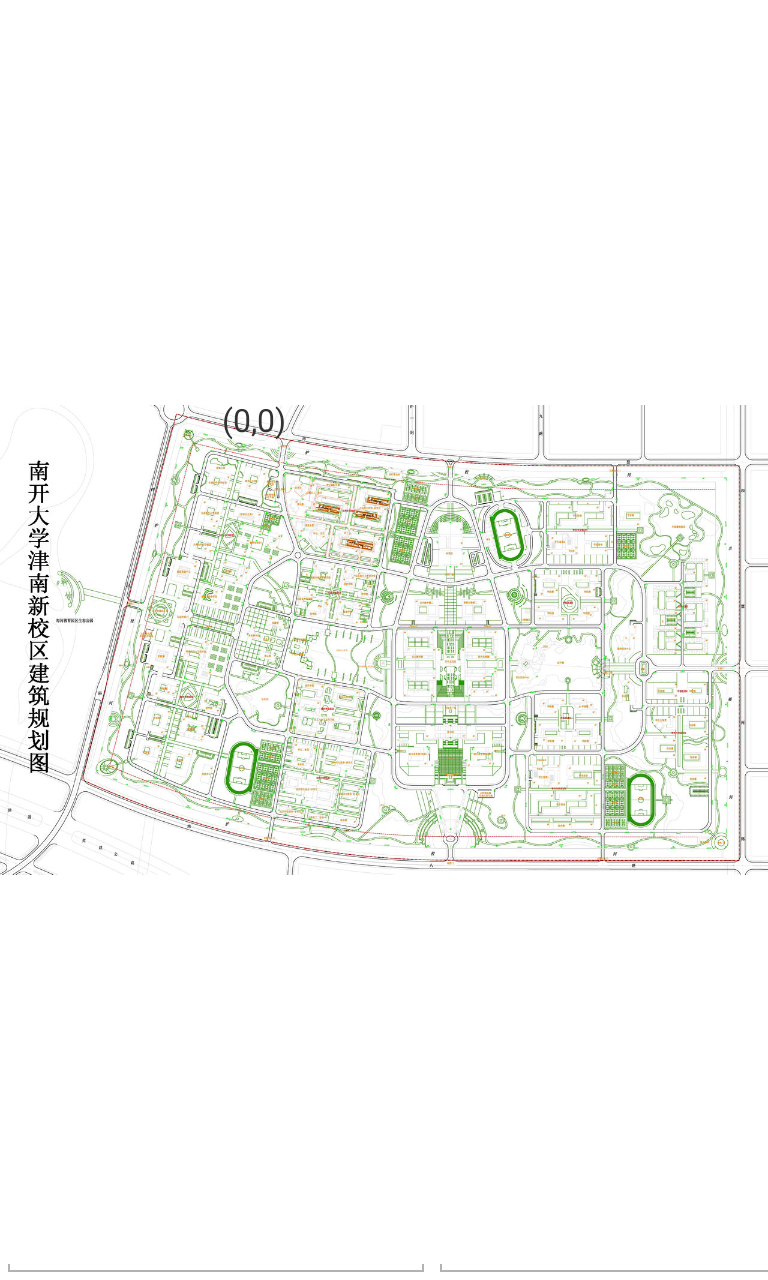
Repository: CovaWang/temporary_embedded
Layout: 7#车联·共享单车/代码/代码/res/layout/compass.xml
The author's editor kept a copy of each file at every save. The layout is drawn from the files as they stood at one save, then again after the next save.
It is drawn on a 768 x 1280 px phone screen (xhdpi) without system bars, with theme AppTheme; the app's code is not run.

Above is the layout before, as saved 2024-04-24 12:34:09.

### 7#车联·共享单车/代码/代码/res/layout/compass.xml
<?xml version="1.0" encoding="utf-8"?>
<RelativeLayout xmlns:android="http://schemas.android.com/apk/res/android"
    android:layout_width="fill_parent"
    android:layout_height="match_parent"
    android:orientation="vertical" >

    <LinearLayout
       	android:layout_width="match_parent"
       	android:layout_height="match_parent"
       	android:orientation="horizontal"
		android:layout_weight="7">
	    <TextView
			android:layout_width="120dp"
			android:layout_height="30dp"
			android:layout_marginTop="0dp"
			android:layout_marginLeft="0dp"
			android:text="停车坐标："
			android:textSize="16dp"
			android:layout_weight="1" />

	    <EditText
	        android:id="@+id/compass_text1"
			android:layout_width="match_parent"
			android:layout_height="match_parent"
			android:gravity="center"
			android:hint="0"
			android:textSize="16sp"
			android:textColor="#8A2BE2"
			android:layout_weight="1" />

	    <EditText
	        android:id="@+id/compass_text2"
			android:layout_width="match_parent"
			android:layout_height="match_parent"
			android:gravity="center"
			android:hint="0"
			android:textSize="16sp"
			android:textColor="#8A2BE2"
			android:layout_weight="1" />

	    <!-- <Button
	        android:id="@+id/compass_Button"
	        android:layout_width="match_parent"
			android:layout_height="match_parent"
			android:gravity="center"
	        android:background="@drawable/map_button"
	        android:layout_weight="1"  /> -->

   </LinearLayout>

    <ImageView
        android:id="@+id/compass_img"
        android:layout_width="match_parent"
        android:layout_height="match_parent"
        android:layout_gravity="center"
        android:src="@drawable/map"
        android:layout_weight="1" />

    <TextView
        android:id="@+id/compass_d"
        android:layout_width="114dp"
        android:layout_height="100dp"
        android:layout_alignParentLeft="true"
        android:layout_alignParentTop="true"
        android:layout_marginLeft="70dp"
        android:layout_marginTop="160dp"
        android:gravity="center"
        android:scaleType="fitCenter"
        android:text="(0,0)"
        android:textSize="16dp" />

</RelativeLayout>

### 7#车联·共享单车/代码/代码/res/values/styles.xml
<resources>

    <!--
        Base application theme, dependent on API level. This theme is replaced
        by AppBaseTheme from res/values-vXX/styles.xml on newer devices.

    -->
    <style name="AppBaseTheme" parent="android:Theme.Light">
        <!--
            Theme customizations available in newer API levels can go in
            res/values-vXX/styles.xml, while customizations related to
            backward-compatibility can go here.

        -->
    </style>

    <!-- Application theme. -->
    <style name="AppTheme" parent="AppBaseTheme">
        <!-- All customizations that are NOT specific to a particular API-level can go here. -->
    </style>
    <!-- 高宽都包裹内容 -->
    <style name="wrapcontent">
        <item name="android:layout_width">wrap_content</item>
        <item name="android:layout_height">wrap_content</item>
    </style>

    <!-- 自定义对话框样式 -->
    <style name="dialog_custom" parent="android:style/Theme.Dialog">
        <item name="android:windowFrame">@null</item>
        <item name="android:windowNoTitle">true</item>
        <item name="android:background">#00000000</item>
        <item name="android:windowBackground">@android:color/transparent</item>
    </style>
    <!-- TextView 16sp样式 -->
    <style name="textview16sp" parent="wrapcontent">
        <item name="android:textSize">16sp</item>
        <item name="android:gravity">center_vertical</item>
    </style>

    <!-- TextView 14sp样式 -->
    <style name="textview12sp" parent="wrapcontent">
        <item name="android:textSize">12sp</item>
        <item name="android:gravity">center_vertical</item>
    </style>
    <!-- TextView 14sp样式 -->
    <style name="textview14sp" parent="wrapcontent">
        <item name="android:textSize">14sp</item>
        <item name="android:gravity">center_vertical</item>
    </style>

    <!-- 宽度为0dp,高度为包裹内容，权重为1 -->
    <style name="zero_widthwrapcontent">
        <item name="android:layout_width">0dp</item>
        <item name="android:layout_height">wrap_content</item>
        <item name="android:layout_weight">1</item>
    </style>

    <!-- 黄色14sp,图片间距为5dp的textview -->
    <style name="tvyellow14sp" parent="zero_widthwrapcontent">
        <item name="android:textSize">14sp</item>
        <item name="android:drawablePadding">3dp</item>
        <item name="android:gravity">center</item>
        <item name="android:textColor">@color/bright_yellow</item>
    </style>

</resources>

Loaded but not shown: 7#车联·共享单车/代码/代码/res/values-v11/styles.xml (common file); 7#车联·共享单车/代码/代码/res/values-v14/styles.xml (common file)

After the next save:
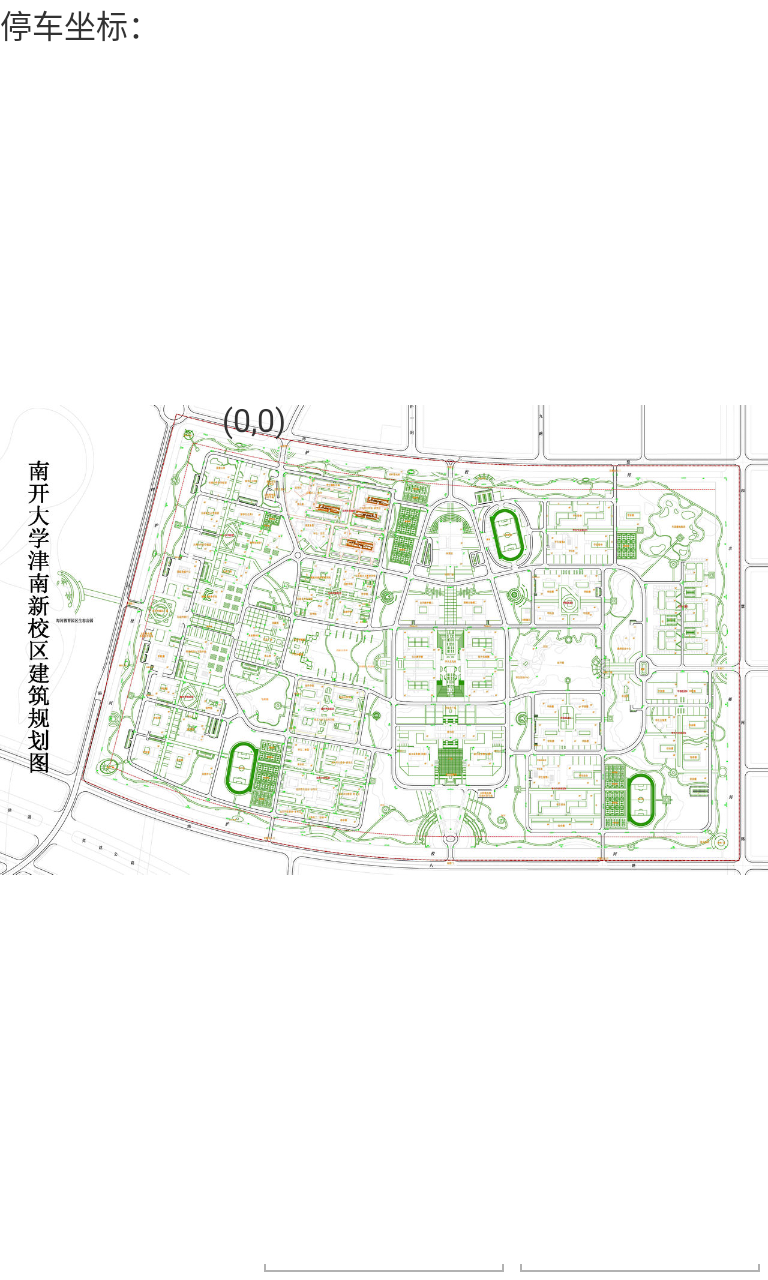
Saved 51 s later.
--- a/7#车联·共享单车/代码/代码/res/layout/compass.xml
+++ b/7#车联·共享单车/代码/代码/res/layout/compass.xml
@@ -10,8 +10,8 @@
        	android:orientation="horizontal"
 		android:layout_weight="7">
 	    <TextView
-			android:layout_width="120dp"
-			android:layout_height="30dp"
+			android:layout_width="match_parent"
+			android:layout_height="match_parent"
 			android:layout_marginTop="0dp"
 			android:layout_marginLeft="0dp"
 			android:text="停车坐标："
